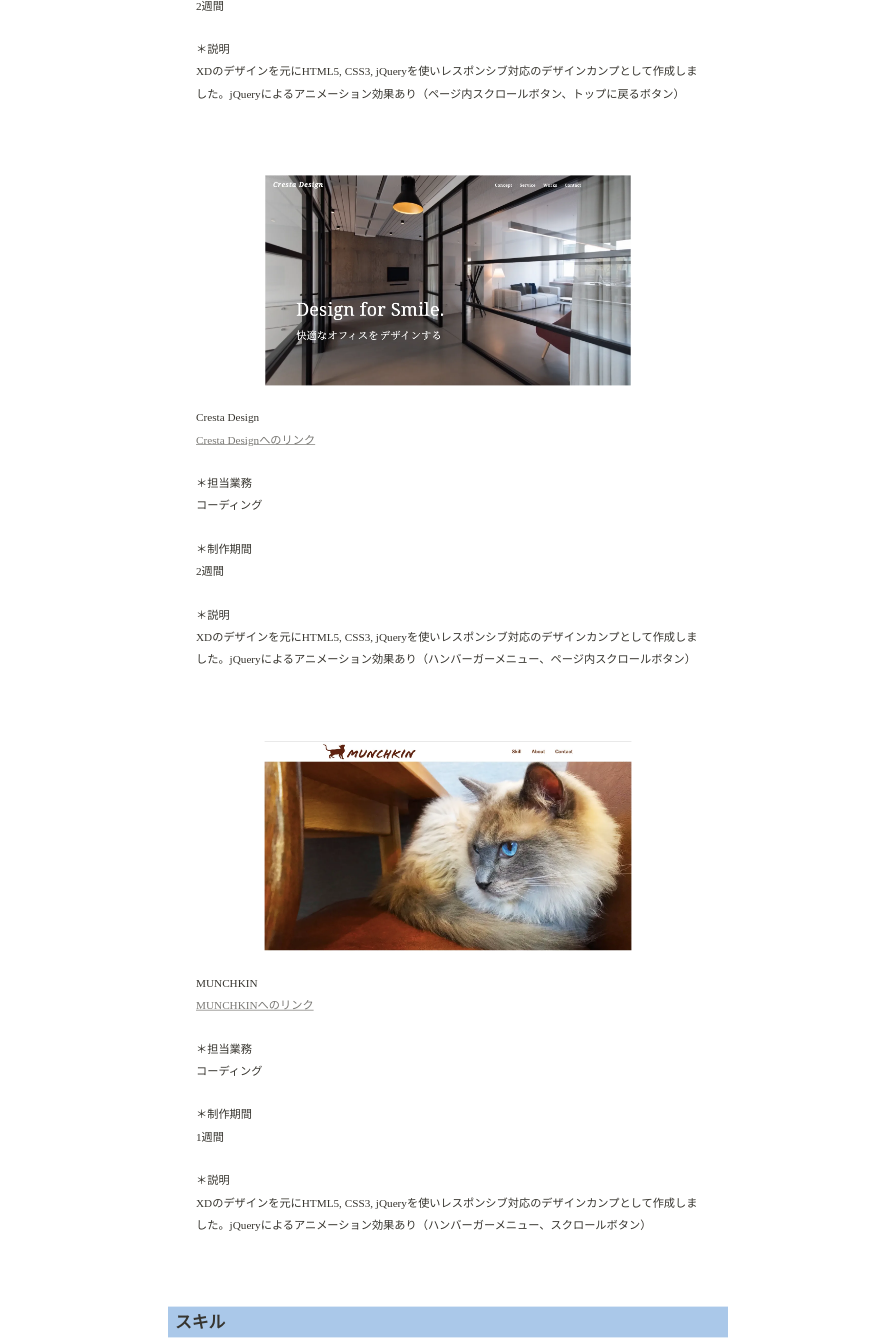
Repository: tetishi/my-portfolio
Page: index.html
These files come from the project's save history. The page is drawn as it stood at one moment and after the next save; the edit follows.
The browser window is 1280 px wide. The pictures show the part of the page from y = 2812 to 4732 px (the page is 6517 px tall before and 5709 px after), at 70% of full size.
The style sheet was rebuilt from its Sass, Less or Tailwind sources for each picture, by a compiler version that may differ from the author's.

Above is the page before, as saved 2023-08-23 15:34:34.

After the next save:
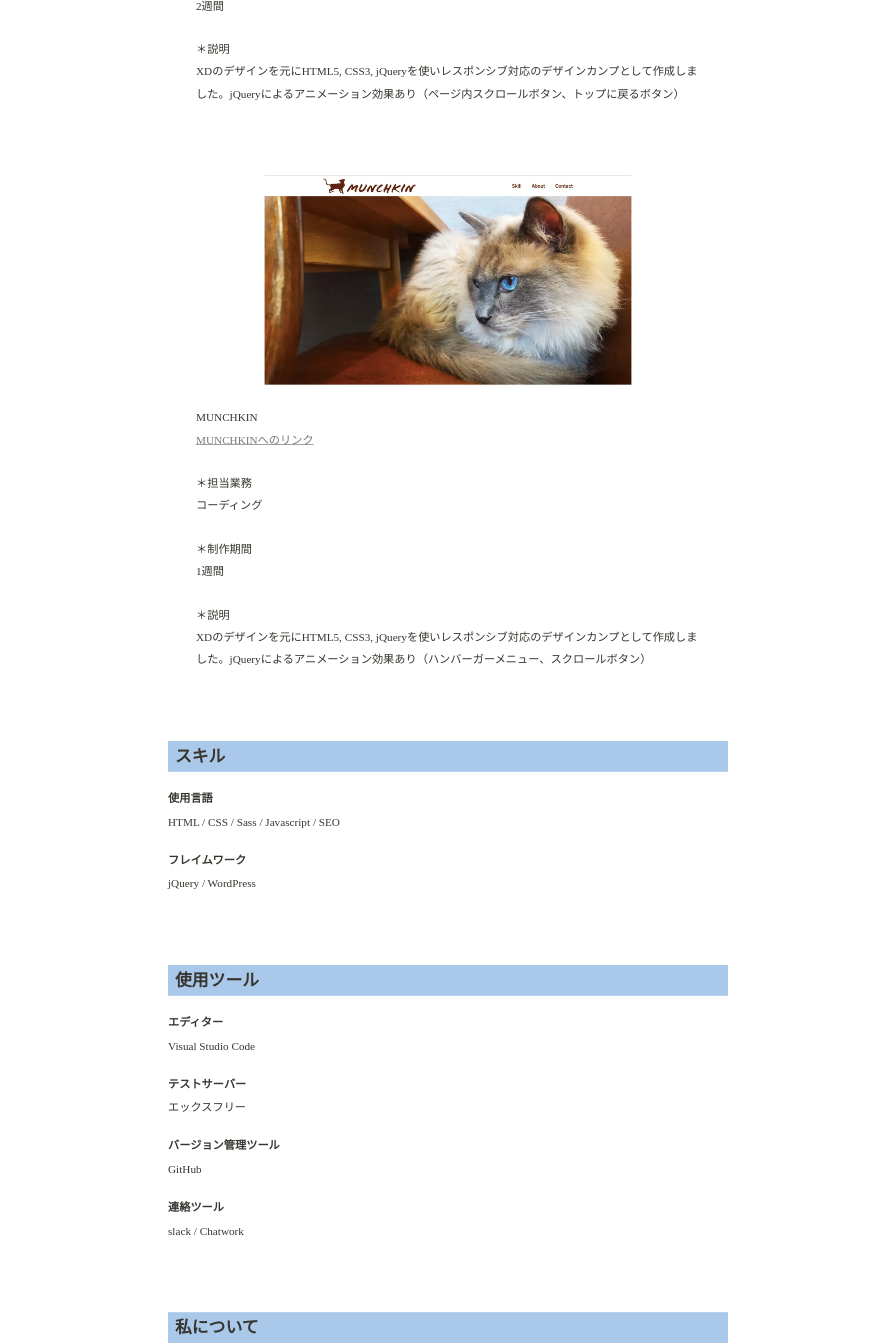
Saved 41 s later.
--- a/index.html
+++ b/index.html
@@ -102,25 +102,6 @@
             </div>
 
             <!-- 　4作品目 -->
-            <div class="work">
-                <!-- サイトのイメージ写真を入れます -->
-                <picture>
-                    <source srcset="img/cresta-design.webp" type="image/webp">
-                    <img src="img/cresta-design.png">
-                </picture>
-                <!-- ここ記入 -->
-                <p class="work_tit">Cresta Design</p>
-                <!-- ここ記入 -->
-                <p class="work_link"><a target="_blank" rel="noopener noreferrer" href="https://tetishi.github.io/cresta-design/">Cresta Designへのリンク</a></p>
-                <p class="details">＊担当業務</p>
-                <p>コーディング</p>
-                <p class="details">＊制作期間</p>
-                <!-- ここ記入 -->
-                <p>2週間</p>
-                <p class="details">＊説明</p>
-                <!-- ここ記入 -->
-                <p>XDのデザインを元にHTML5, CSS3, jQueryを使いレスポンシブ対応のデザインカンプとして作成しました。jQueryによるアニメーション効果あり（ハンバーガーメニュー、ページ内スクロールボタン）</p>
-            </div>
 
             <!-- 　5作品目 -->
             <div class="work">
